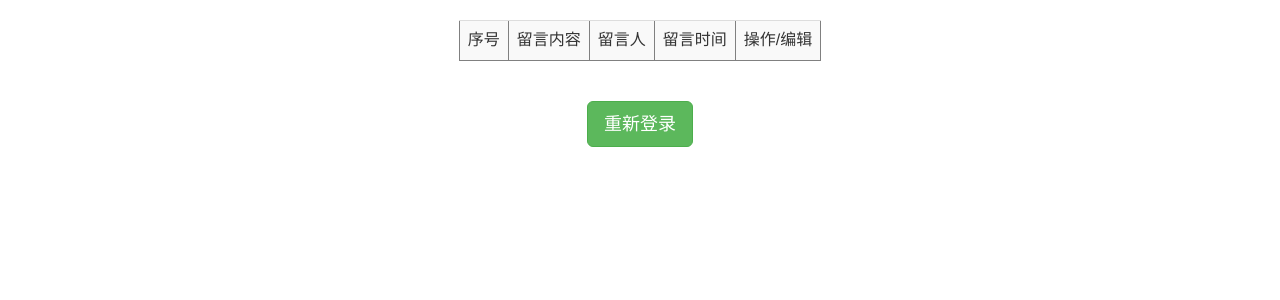
Repository: suxiaohutot/PHP
Page: http://localhost/liuyanlist.php
These files come from the project's save history. The page is drawn as it stood at one moment and after the next save; the edit follows.
The browser window is 1280 px wide. The pictures show the whole page.
The page is run by PHP 8.4 with error messages shown; the project is at /var/www/html/. Queries for data that is not in the repository find no rows.

Above is the page before, as saved 2019-11-05 06:32:36.

### test/liuyanlist.php
<html>
<head>
<meta charset="utf-8"/>
<link href="css/bootstrap.min.css" rel="stylesheet" />
	<style type="text/css">
	body{ text-align:center}
	</style>
</head>
<body>
<br>
<div class="form-inline">
			<div class="form-group">
    <?php
    include 'DB.php';
    $sqli="select * from liuyan";
    dbcon();
    $seti=mysqli_query($dbcon,$sqli);
    ?>
<table border='1' class="table table-striped">
    		<tr>
    			<td>序号</td>
            	<td>留言内容</td>
            	<td>留言人</td>
            	<td>留言时间</td>
            	<td>操作/编辑</td>
    		</tr><?php
    while ($reut=mysqli_fetch_assoc($seti)){
    ?><tr><?php
        foreach ($reut as $v)
        {
            echo "<td>".$v."</td>";
        }
        $time=$reut['time'];
        $id=$reut['id'];
    ?>
    			<td>
            		<a href="delt.php?url=delt.php&id=<?php echo $id ?>">删除</a>&nbsp;&nbsp;
            		<a href="edit.php?id=<?php echo $id ?>">编辑</a>

                </td>
    	</tr>
    	<?php }?>
    	</table>

<br>
<a href='dengluhtml.php' class="btn btn-success btn-lg">重新登录</a>


</div>
</div>
</body>
</html>

### test/DB.php
<?php
$dbcon=null;
function dbcon(){
    global $dbcon;
    $dbcon=mysqli_connect('localhost','root','');
    mysqli_select_db($dbcon, 'test');
    mysqli_query($dbcon, "set names utf8");
}
function close(){
    global $dbcon;
    if($dbcon){
        mysqli_close($dbcon);
    }
}
?>

Loaded but not shown: test/css/bootstrap.min.css (library)

After the next save:
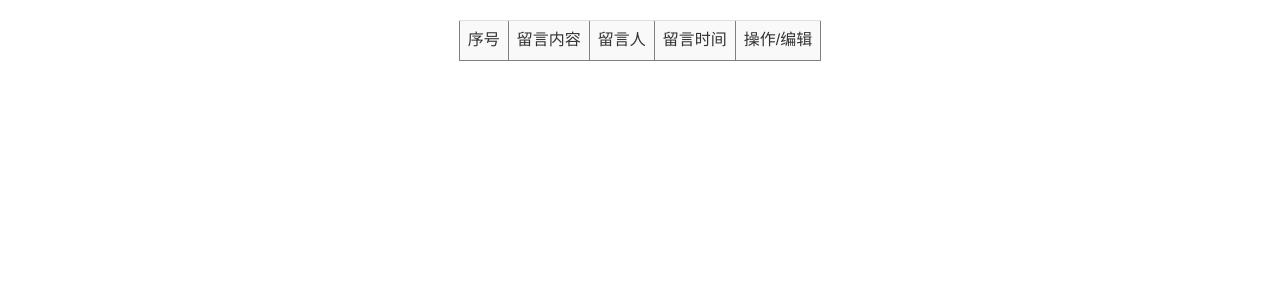
Saved 18 s later.
--- a/test/liuyanlist.php
+++ b/test/liuyanlist.php
@@ -43,7 +43,7 @@
     	</table>
 
 <br>
-<a href='dengluhtml.php' class="btn btn-success btn-lg">重新登录</a>
+<!-- <a href='dengluhtml.php' class="btn btn-success btn-lg">重新登录</a> -->
 
 
 </div>
